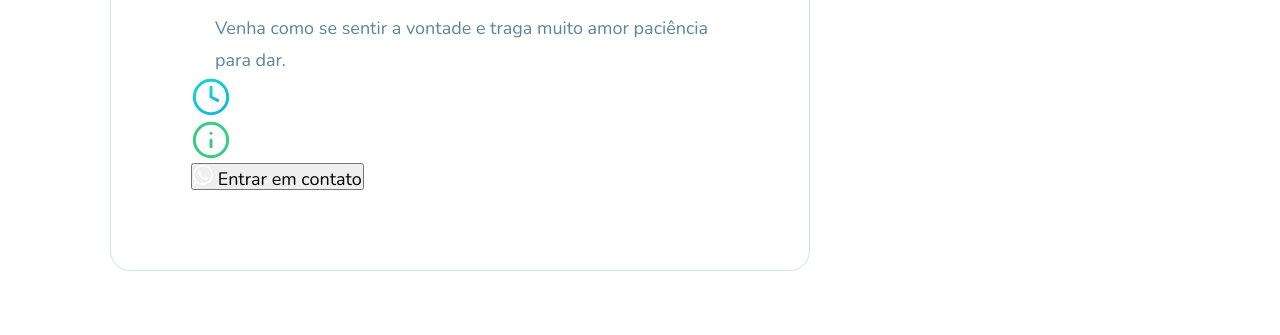
Repository: SrtaPoe/nlw
Page: orphanage.html
An editor plug-in stored every save of this project. The page is shown before and after the next save, followed by the edit.
The browser window is 1280 px wide. The pictures show the part of the page from y = 1116 to 1578 px (the page is 1451 px tall before and 1578 px after).
Some web libraries are served in a nearby version.

Above is the page before, as saved 2020-10-17 17:53:38.

After the next save:
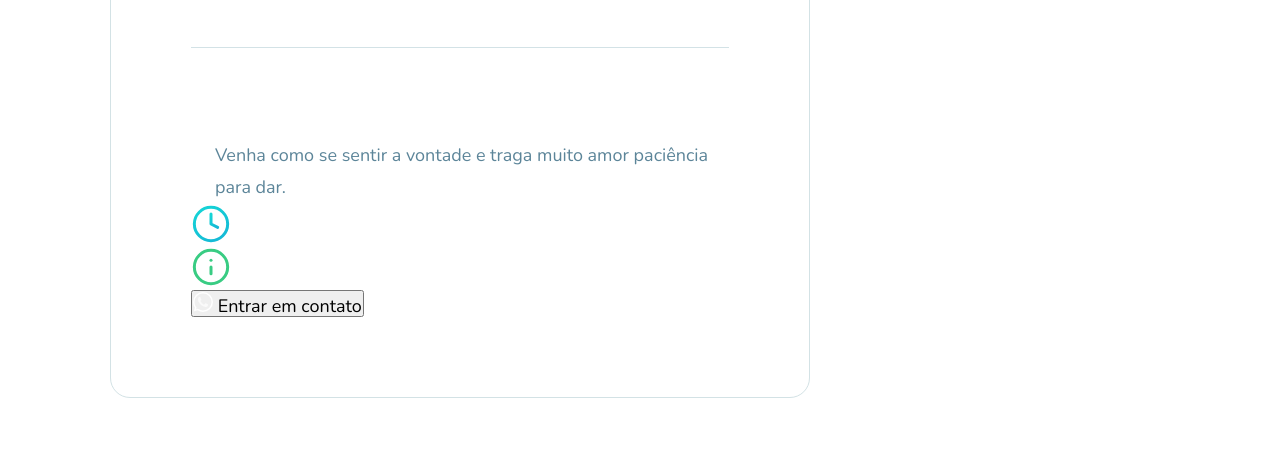
Saved 114 s later.
--- a/public/css/page-orphanage.css
+++ b/public/css/page-orphanage.css
@@ -124,3 +124,12 @@
     border-bottom: 1px solid #dde3f0;
     border-radius: 2rem;
 }
+
+.orphanage-details-content hr {
+    width: 100%;
+    height: 1px;
+    border: 0;
+    background: #d3e2e6;
+    margin: 6.4rem 0;
+
+}
